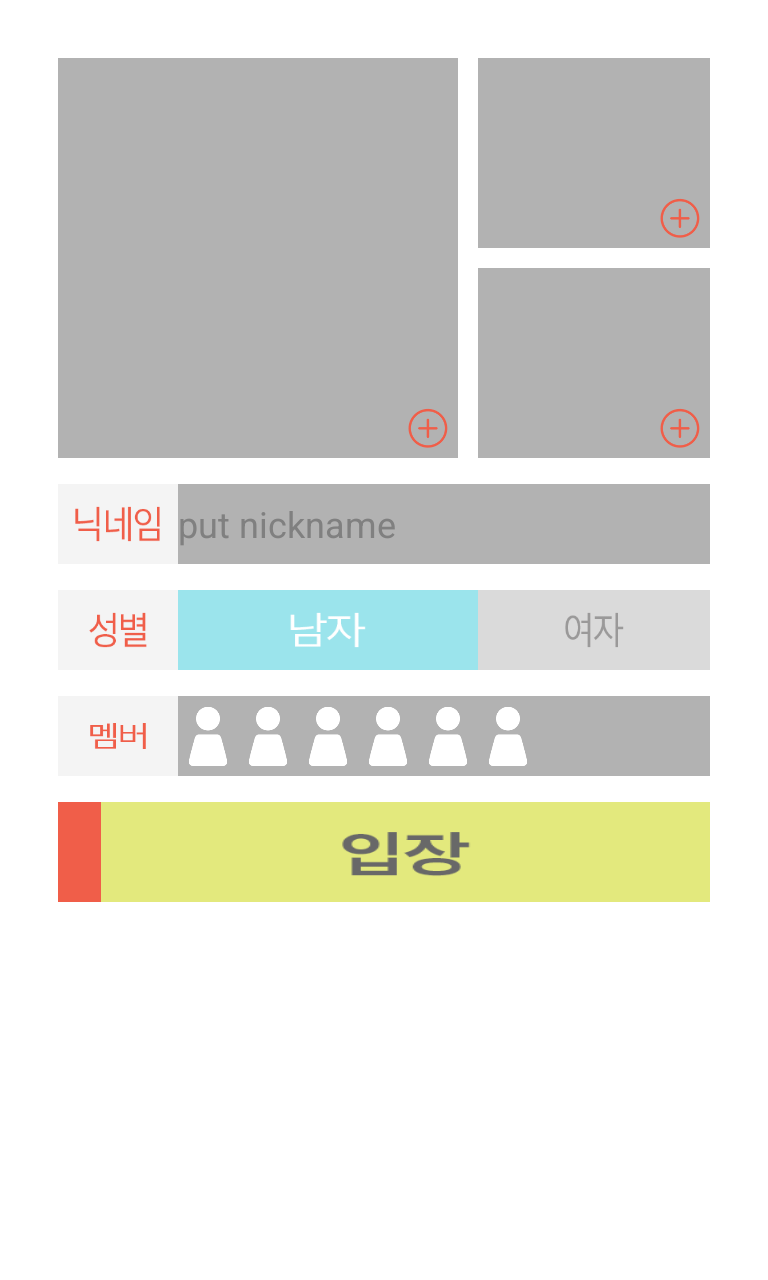
Repository: dokwon/mingle_final_client
Layout: mingle/res/layout/activity_main.xml
An editor plug-in stored every save of this project. The layout is shown before and after the next save, followed by the edit.
It is drawn on a 768 x 1280 px phone screen (xhdpi) without system bars, with theme ProfileTheme; the app's code is not run. The app's manifest (not shown) leaves right-to-left support off. So textAlignment, textDirection and layoutDirection are ignored, and left and right values win over start and end ones.

Above is the layout before, as saved 2014-08-04 06:29:44.

After the next save:
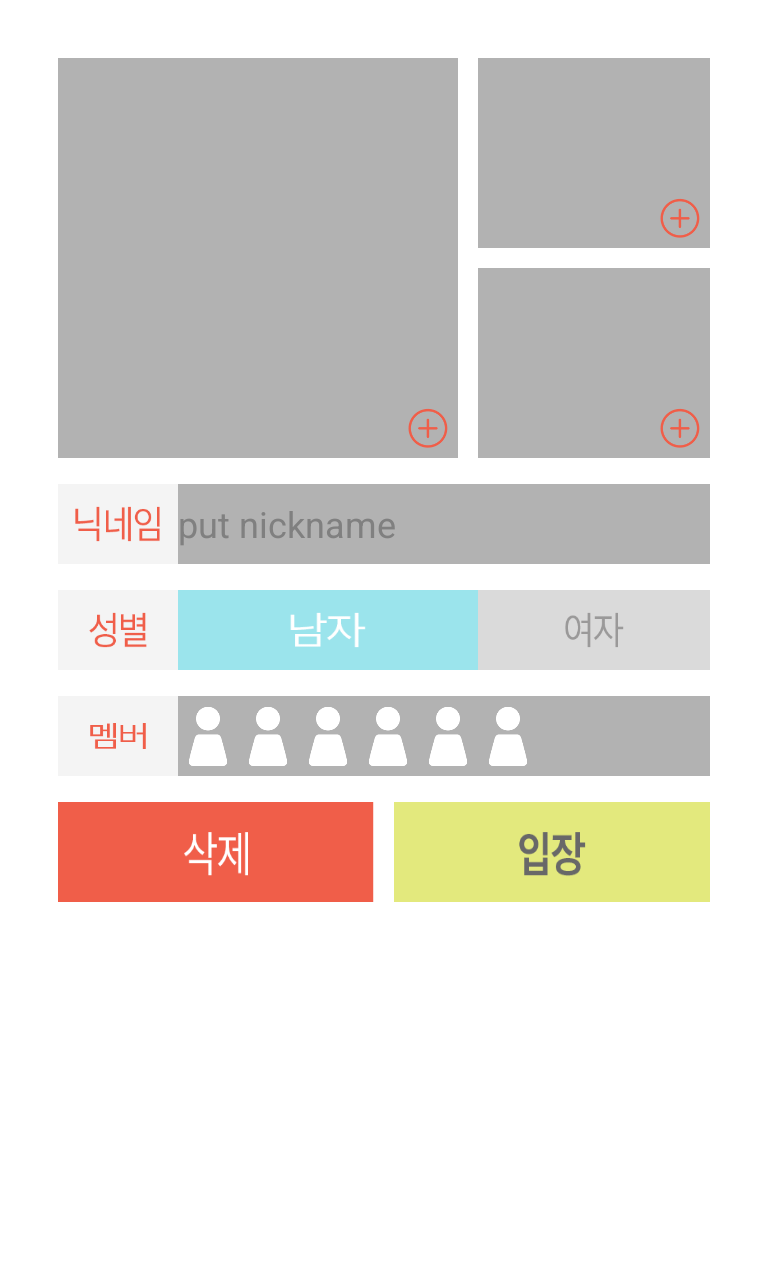
Saved 11 s later.
--- a/mingle/res/layout/activity_main.xml
+++ b/mingle/res/layout/activity_main.xml
@@ -301,7 +301,7 @@
 	    android:layout_width="wrap_content"
 	    android:id="@+id/enter_button"
 	    android:layout_alignRight="@+id/photoView3"
-	   	android:layout_toRightOf="@+id/center_margin"
+	   	android:layout_toRightOf="@+id/center_wrapper"
 	    android:layout_alignTop="@+id/delete_button"
 	    android:layout_marginLeft="@dimen/small_margin"
 	    android:background="@drawable/enter"
